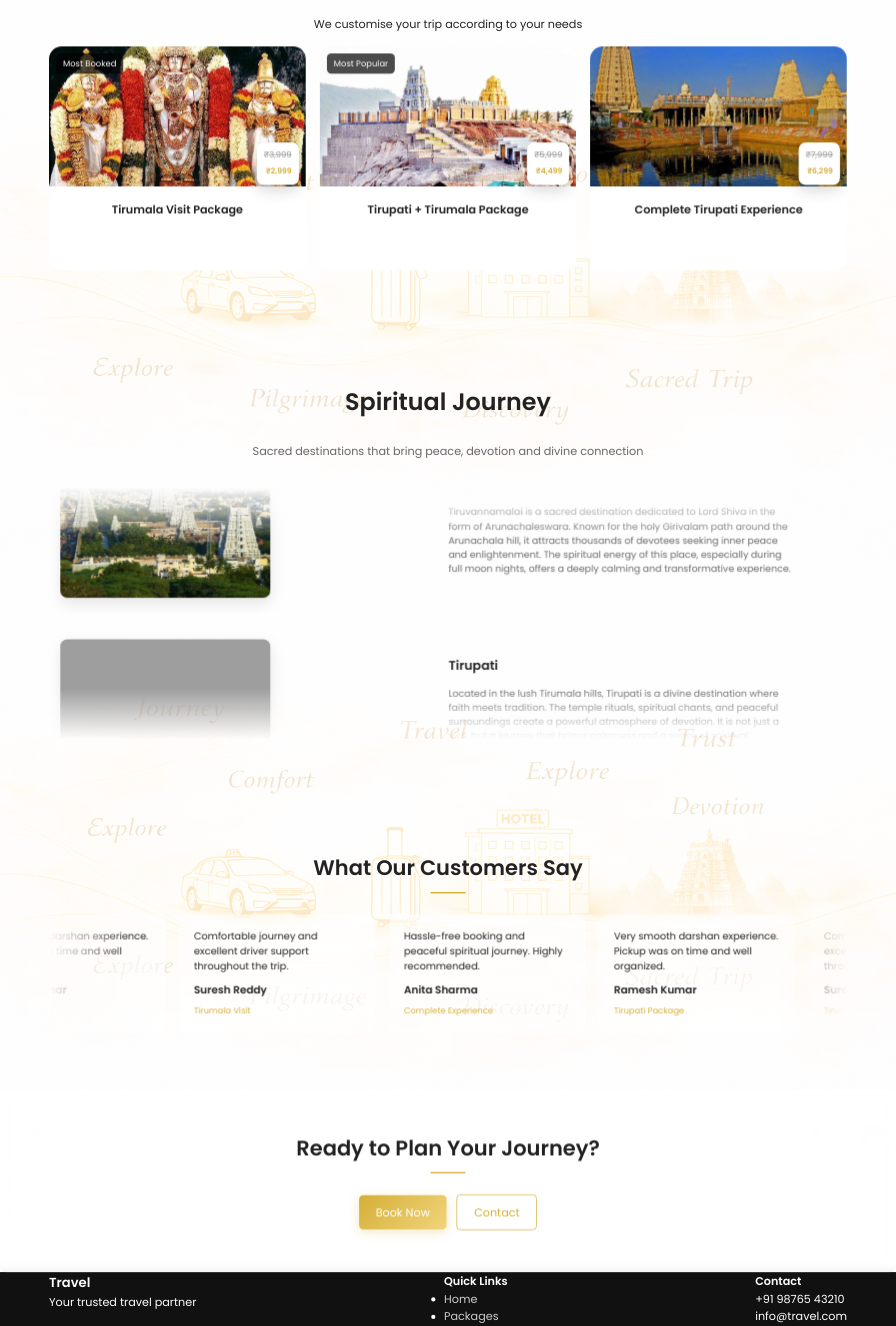
Repository: heytirupati/Bookingweb
Page: index.html
The author's editor kept a copy of each file at every save. The page is drawn from the files as they stood at one save, then again after the next save.
The browser window is 1280 px wide. The pictures show the part of the page from y = 1766 to 3686 px (the page is 3660 px tall before and 3686 px after), at 70% of full size.
Pictures or frames that could not be fetched are drawn as grey boxes. Backgrounds fixed to the window are drawn as part of the page.

Above is the page before, as saved 2026-03-28 14:06:36.

### index.html
<!DOCTYPE html>

<html lang="en">



<head>
    <meta charset="UTF-8">
    <meta name="viewport" content="width=device-width, initial-scale=1.0">
    <title>Travel Website</title>

    <link href="https://fonts.googleapis.com/css2?family=Poppins:wght@300;400;600&display=swap" rel="stylesheet">
    <link rel="stylesheet" href="css/style.css">
</head>
<body>


<!-- this is top bar section  -->
<section class="top-bar">
    <div class="container">

        <div class="top-left">
            <span>+91 123456789</span>
            <span>info@abc.com</span>
        </div>

        <div class="top-right">
            <a href="#" target="_blank">
                <!-- icon -->
            </a>
        </div>

    </div>
</section>



    <!-- this is nav section  -->

    <header class="navbar">
        <div class="container">
            <div class="logo">
                <h2>Travel agency name</h2>
            </div>
            <div class="menu-toggle">
                    ☰
            </div>

            <nav class="nav-menu">
                <ul>
                    <li><a href="#">Location</a></li>
                    <li><a href="#">about us</a></li>
                    <li><a href="#">packages</a></li>
                    <li><a href="#">Contact</a></li>

                </ul>

            </nav>


        </div>

    </header>

    <section class="hero">
        <div class="container">
            <h1>Plan Your Divine Journey</h1>
            <p>Travel • Darshan • Stay — All in One Place</p>
        <div class="hero-btn">
        <a href="#" class="btn btn-primary">Book Now</a>
        <a href="#" class="btn btn-outline">Contact</a>
        </div>
    </div>
</section>

<section class="services">
    <div class="container">

        <div class="section-header">
            <h2 class="services-title">Crafted Travel Services</h2>
            <p class="section-subtext">
                Designed for comfort, reliability and a seamless spiritual journey
            </p>
        </div>

        <div class="service-cards">

            <div class="service-card">
                <div class="service-top-line"></div>
                <h3>Cab Booking</h3>
                <p>Comfortable rides with professional drivers ensuring safe and timely travel.</p>
            </div>

            <div class="service-card">
                <div class="service-top-line"></div>
                <h3>Hotel Booking</h3>
                <p>Well-selected stays near temples with the right balance of comfort and value.</p>
            </div>

            <div class="service-card">
                <div class="service-top-line"></div>
                <h3>Tour Packages</h3>
                <p>Complete travel planning including temple visits, transport and sightseeing.</p>
            </div>

            <div class="service-card">
                <div class="service-top-line"></div>
                <h3>Temple Darshan</h3>
                <p>Structured guidance for a smooth and peaceful darshan experience.</p>
            </div>

        </div>

    </div>
</section>


<!-- this is Location section  -->

<section class="locations">
    <div class="container">

        <div class="section-header">
            <h2 class="locations-title">Our Presence</h2>
            <p class="locations-subtext">
                Currently serving in Tirupati
            </p>
        </div>

        <div class="location-cards">

            <a href="tirupati.html" class="location-card">
                <div class="location-icon">
                    <img src="images/locationlogo.png" alt="Tirupati Location">
                </div>
                <h3>Tirupati</h3>
            </a>

        </div>

    </div>
</section>


<!-- this is popular package section  -->
<section class="packages">
    <div class="container">

        <div class="section-header">
            <h2 class="packages-title">Popular Packages</h2>
        </div>
        <p class="package-subtext" style="text-align: center;">
    We customise your trip according to your needs
</p>

        <div class="package-cards">

            <!-- Tirumala Visit -->
            <div class="package-card">
                <div class="package-inner">

                    <div class="package-front">
                        <div class="package-image">
                            <img src="images/p1.jpg" alt="">
                            <span class="popular-tag">Most Booked</span>

                            <div class="price-badge">
                                <span class="old-price">₹3,999</span>
                                <span class="new-price">₹2,999</span>
                            </div>
                        </div>

                        <h3>Tirumala Visit Package</h3>
                    </div>

                    <div class="package-back">
                        <p>Temple visit with local sightseeing.</p>

                        <ul>
                            <li>Free Pickup & Drop</li>
                            <li>5 / 7 Seater Available</li>
                            <li>No Accommodation</li>
                        </ul>

                        <p class="extra-note">
                            * GST & special entry tickets extra
                        </p>

                        <a href="booking.html" class="btn btn-primary">Book Now</a>
                    </div>

                </div>
            </div>

            <!-- Tirupati + Tirumala -->
            <div class="package-card">
                <div class="package-inner">

                    <div class="package-front">
                        <div class="package-image">
                            <img src="images/p2.jpg" alt="">

                            <span class="popular-tag">Most Popular</span>

                            <div class="price-badge">
                                <span class="old-price">₹5,999</span>
                                <span class="new-price">₹4,499</span>
                            </div>
                        </div>

                        <h3>Tirupati + Tirumala Package</h3>
                    </div>

                    <div class="package-back">
                        <p>All temple visits with complete planning.</p>

                        <ul>
                            <li>All Temple Visits</li>
                            <li>Free Pickup & Drop</li>
                            <li>Optional Stay</li>
                        </ul>

                        <p class="extra-note">
                            * Accommodation & GST extra
                        </p>

                        <a href="booking.html" class="btn btn-primary">Book Now</a>
                    </div>

                </div>
            </div>

            <!-- Complete Experience -->
            <div class="package-card">
                <div class="package-inner">

                    <div class="package-front">
                        <div class="package-image">
                            <img src="images/p3.jpg" alt="">

                            <div class="price-badge">
                                <span class="old-price">₹7,999</span>
                                <span class="new-price">₹6,299</span>
                            </div>
                        </div>

                        <h3>Complete Tirupati Experience</h3>
                    </div>

                    <div class="package-back">
                        <p>Full spiritual journey with premium travel.</p>

                        <ul>
                            <li>All Major Temples</li>
                            <li>Premium Travel Option</li>
                            <li>Optional Stay</li>
                        </ul>

                        <p class="extra-note">
                            * Accommodation & GST extra
                        </p>

                        <a href="booking.html" class="btn btn-primary">Book Now</a>
                    </div>

                </div>
            </div>

        </div>

    </div>
</section>
<!-- this is Spirtual Journey section  -->
    <section class="spiritual-journey">
    <div class="container">

        <div class="section-header">
            <h2 class="spiritual-title">Spiritual Journey</h2>
            <p class="spiritual-subtext">
                Sacred destinations that bring peace, devotion and divine connection
            </p>
        </div>

        <div class="spiritual-wrapper">

            <div class="spiritual-track">

    <!-- ORIGINAL -->
 <div class="spiritual-item">
    <div class="spiritual-content">
        <h3>Tirupati</h3>
        <p>
            Tirupati, home to the sacred Tirumala Venkateswara Temple, is one of the most visited pilgrimage destinations in the world. Devotees believe that Lord Venkateswara grants blessings for prosperity, health, and spiritual growth. The serene hills of Tirumala and the divine atmosphere make every visit a deeply peaceful and unforgettable experience.
        </p>
    </div>
    <div class="spiritual-image">
        <img src="images/tirupati.jpg">
    </div>
</div>

<div class="spiritual-item">
    <div class="spiritual-content">
        <h3>Tiruvannamalai</h3>
        <p>
            Tiruvannamalai is a sacred destination dedicated to Lord Shiva in the form of Arunachaleswara. Known for the holy Girivalam path around the Arunachala hill, it attracts thousands of devotees seeking inner peace and enlightenment. The spiritual energy of this place, especially during full moon nights, offers a deeply calming and transformative experience.
        </p>
    </div>
    <div class="spiritual-image">
        <img src="images/tiruvannamalai.jpg">
    </div>
</div>

<!-- DUPLICATE -->

<div class="spiritual-item">
    <div class="spiritual-content">
        <h3>Tirupati</h3>
        <p>
            Located in the lush Tirumala hills, Tirupati is a divine destination where faith meets tradition. The temple rituals, spiritual chants, and peaceful surroundings create a powerful atmosphere of devotion. It is not just a visit, but a journey that brings calmness and a sense of spiritual fulfillment to every devotee.
        </p>
    </div>
    <div class="spiritual-image">
        <img src="images/tirupati.jpg">
    </div>
</div>

<div class="spiritual-item">
    <div class="spiritual-content">
        <h3>Tiruvannamalai</h3>
        <p>
            The Arunachala hill in Tiruvannamalai is considered a manifestation of Lord Shiva himself. Pilgrims walk around the hill as a form of meditation and devotion. The peaceful temples, spiritual vibrations, and traditional practices make it one of the most powerful places for seekers of truth and inner balance.
        </p>
    </div>
    <div class="spiritual-image">
        <img src="images/tiruvannamalai.jpg">
    </div>
</div>

        </div>

    </div>
</section>
<!-- 8. Testimonials -->
    <section class="testimonials">
    <div class="container">

        <h2>What Our Customers Say</h2>

        <div class="testimonial-wrapper">

            <div class="testimonial-track">

                <!-- CARD -->
                <div class="testimonial-card">
                    <p>
                        Very smooth darshan experience. Pickup was on time and well organized.
                    </p>
                    <h4>Ramesh Kumar</h4>
                    <span>Tirupati Package</span>
                </div>

                <div class="testimonial-card">
                    <p>
                        Comfortable journey and excellent driver support throughout the trip.
                    </p>
                    <h4>Suresh Reddy</h4>
                    <span>Tirumala Visit</span>
                </div>

                <div class="testimonial-card">
                    <p>
                        Hassle-free booking and peaceful spiritual journey. Highly recommended.
                    </p>
                    <h4>Anita Sharma</h4>
                    <span>Complete Experience</span>
                </div>

                <!-- 🔁 DUPLICATE SAME FOR LOOP -->
                <div class="testimonial-card">
                    <p>
                        Very smooth darshan experience. Pickup was on time and well organized.
                    </p>
                    <h4>Ramesh Kumar</h4>
                    <span>Tirupati Package</span>
                </div>

                <div class="testimonial-card">
                    <p>
                        Comfortable journey and excellent driver support throughout the trip.
                    </p>
                    <h4>Suresh Reddy</h4>
                    <span>Tirumala Visit</span>
                </div>

                <div class="testimonial-card">
                    <p>
                        Hassle-free booking and peaceful spiritual journey. Highly recommended.
                    </p>
                    <h4>Anita Sharma</h4>
                    <span>Complete Experience</span>
                </div>

            </div>

        </div>
    </div>
</section>

    <!-- 9. CTA Section -->
    <section class="cta">
        <div class="container">
            <h2>Ready to Plan Your Journey?</h2>
        <a class="btn btn-primary">Book Now</a>
        <a class="btn btn-outline">Contact</a>
        </div>
    </section>

    <!-- 10. Footer -->
    <footer class="footer">
        <div class="container">

            <div class="footer-col">
                <h3>Travel</h3>
                <p>Your trusted travel partner</p>
            </div>

            <div class="footer-col">
                <h4>Quick Links</h4>
                <ul>
                    <li><a href="#">Home</a></li>
                    <li><a href="#">Packages</a></li>
                </ul>
            </div>

            <div class="footer-col">
                <h4>Contact</h4>
                <p>+91 98765 43210</p>
                <p>info@travel.com</p>
            </div>

        </div>
    </footer>










 <script src="js/script.js"></script>
</body>
</html>

Loaded but not shown: js/script.js (91 lines, source omitted); css/style.css (1137 lines, source omitted)

After the next save:
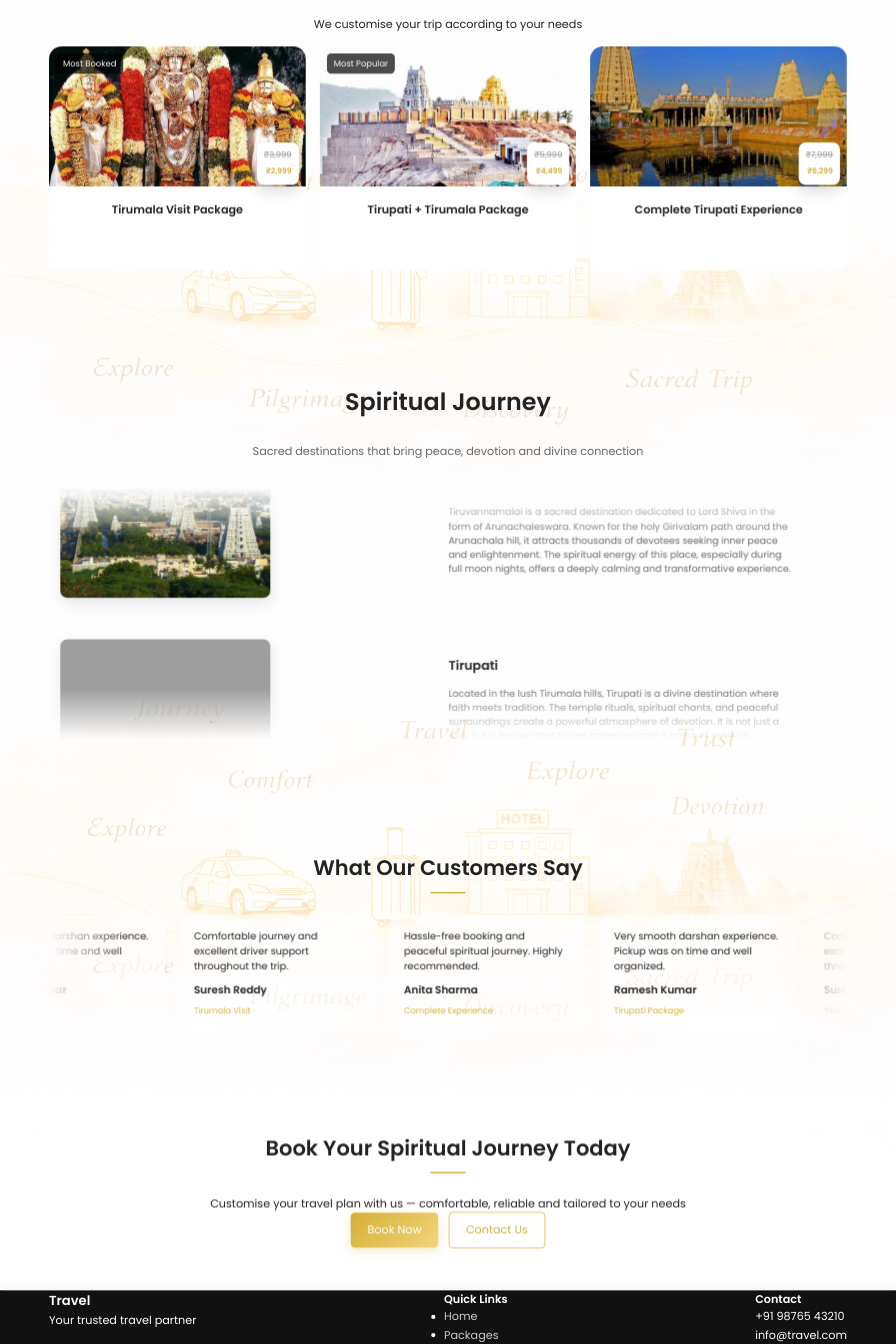
Saved 5 min 8 s later.
--- a/index.html
+++ b/index.html
@@ -408,12 +408,25 @@
 
     <!-- 9. CTA Section -->
     <section class="cta">
-        <div class="container">
-            <h2>Ready to Plan Your Journey?</h2>
-        <a class="btn btn-primary">Book Now</a>
-        <a class="btn btn-outline">Contact</a>
-        </div>
-    </section>
+    <div class="container">
+
+        <div class="cta-box">
+
+            <h2>Book Your Spiritual Journey Today</h2>
+
+            <p class="cta-subtext">
+                Customise your travel plan with us — comfortable, reliable and tailored to your needs
+            </p>
+
+            <div class="cta-buttons">
+                <a href="booking.html" class="btn btn-primary">Book Now</a>
+                <a href="#" class="btn btn-outline">Contact Us</a>
+            </div>
+
+        </div>
+
+    </div>
+</section>
 
     <!-- 10. Footer -->
     <footer class="footer">
